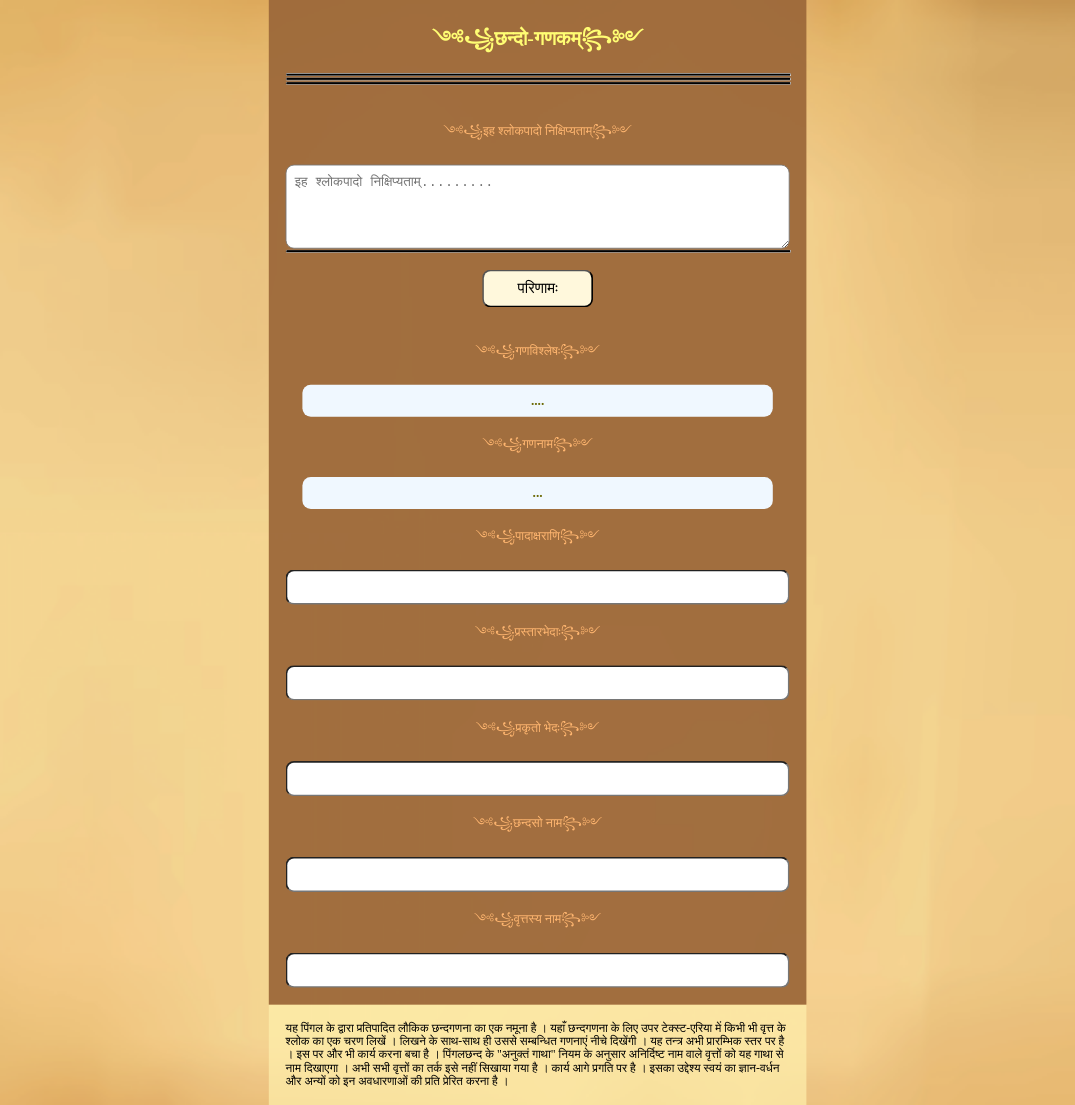
Repository: arshavak/pingala_chhand_shastram
Page: index.html
An editor plug-in stored every save of this project. The page is shown before and after the next save, followed by the edit.
The browser window is 1280 px wide. The pictures show the whole page, at 84% of full size.

Above is the page before, as saved 2024-10-20 16:51:17.

### index.html

<head>
<title>छन्दो-गणकम्</title>
<meta name="viewport" content="width=device-width, initial-scale=1.0">

<link rel="stylesheet"  href="style.css">

</head>
<body>
<div class="contaner" id="contaner">

<h3>༺꧁छन्दो-गणकम्꧂༻
</h3>
<hr><hr><hr><br>
<label for="h3">༺꧁इह श्लोकपादो निक्षिप्यताम्꧂༻</label>
<textarea placeholder="इह श्लोकपादो निक्षिप्यताम्.........
" id="inp" onkeyup="lagabodhakam();"></textarea>
<hr>
<button id="btn" onclick="lagabodhakam()">परिणामः</button>
<label>༺꧁गणविश्लेषः꧂༻</label>
<h4 id="SI_vichched">....</h4>
<h4 id="falani"></h4>
<label>༺꧁गणनाम꧂༻</label>
<h4 id="fl">...</h4>
<label>༺꧁पादाक्षराणि꧂༻</label>
<input id="padaksharani" type="number"  readonly="" title="number"/>
<label>༺꧁प्रस्तारभेदाः꧂༻</label>
<input id="prastarabhedah" type="number" readonly="" title="number"/>
<label>༺꧁प्रकृतो भेदः꧂༻</label>
<input id="prakritobhedah" type="number" readonly="" title="number"/>
<label>༺꧁छन्दसो नाम꧂༻</label>
<input id="chhandasonama" type="text" readonly="" title="number"/>

<label>༺꧁वृत्तस्य नाम꧂༻</label>
<input id="vname" type="text" readonly="" title="number"/>
<span id="ktmtest"></span>

</div>

<div class="vivaran">

 <p>
     यह पिंगल के द्वारा प्रतिपादित लौकिक छन्दगणना का एक नमूना है ।
     यहाँ छन्दगणना के लिए उपर टेक्स्ट-एरिया में किभी भी वृत्त के  श्लोक का एक चरण लिखें । लिखने के साथ-साथ ही उससे सम्बन्धित गणनाएं नीचे  दिखेंगी । यह तन्त्र अभी प्रारम्भिक स्तर पर है । इस पर और भी कार्य करना बचा है । पिंगलछन्द के "अनुक्तं गाथा" नियम के अनुसार अनिर्दिष्ट नाम वाले वृत्तों  को यह गाथा से नाम दिखाएगा । अभी सभी वृत्तों का तर्क इसे नहीं सिखाया गया है । कार्य आगे प्रगति पर है । इसका उद्देश्य स्वयं का ज्ञान-वर्धन और अन्यों को इन अवधारणाओं की प्रति प्रेरित करना है ।
 </p>

</div>
<script src="Javascript files/main-script.js"></script>
<script src="Javascript files/vritt-script.js"></script>
<script src="Javascript files/gan-script.js"></script>
</body>

### style.css


*{
  padding: 0;
  margin: 0;

}

body {
  background-image: url("fotos/bgchh.png");
  background-position: center;
  background-repeat: no-repeat;

  background-size: cover;
  font-size: 20px;
}
label {
  margin-top: 15px;
  margin-bottom: 15px;
  display: block;
  font-size: 15px;
  color:#ffb670;
}

textarea {
  min-width: 100%;
  resize: vertical;
  min-height: 100px;
  padding: 10px;
  border-radius: 10px;
  font-size: 16px;
}

input{
  outline: none;
  width: 100%;
  padding: 10px;
  border-radius: 10px;
  font-size: 16px;
}

#btn{
  margin: 20px;
  background-color: cornsilk;
  display: inline-block;
  padding: 10px 40px;
  border-radius: 10px;
  font-weight: 400px;
  font-size: 18px;
  cursor: pointer;
  transition: background-color 0.3s ease;
}

#btn :hover{
  background-color: #f9b93f;
}
#btn :active{
   transform: calc(.2);
}
.contaner{
  padding: 20px;
  position: relative;
  text-align: center;
  background-color: #9d693af0;
  max-width: 600px;
  margin: auto;

}
.vivaran{
  background-color: rgba(255, 241, 174, 0.686);
/* color: rgb(2, 98, 98); */
padding: 20px;
font-size: 14px;
max-width: 600px;
  margin: auto;
}

#falani{
  display:none
}
#ktmtest{
  font-size:0px;
}

h3{
  color:#fffd73;
}

h4 {
  color:#696700;
  margin: auto;
  word-wrap:break-word;
  font-weight:900;
  overflow-x:hidden;
  background-color: aliceblue;
  outline: none;
  width: 90%;
  padding: 10px;
  border-radius: 10px;
  font-size: 16px;
}

hr{
  background-color: #000000;
  height: 2px;
  width: 100%;
  border-radius: 20px;
  margin-top: 1px;
}

### Javascript files/gan-script.js
function gan(){
document.getElementById("fl").innerHTML="";
var x = document.getElementById("falani").innerText;
x=x.match(/.{1,3}/g);
var falam = document.getElementById("fl");
document.getElementById("SI_vichched").innerText=x;
for(var i = 0; i<x.length; i++){
if(x[i]=="ISI"){
falam.innerHTML+=`<b class="alrt" onclick="alert('कदा स ज्')">जगण</b>`;
}else
if(x[i]=="SSS"){
falam.innerHTML+= `<b class="alrt" onclick="alert('धीश्रीस्त्री म्')">मगण</b>`;
}else
if(x[i]=="ISS"){
falam.innerHTML+=`<b class="alrt" onclick="alert('वरा सा य्')">यगण</b>`;
}else

if(x[i]=="SIS"){
falam.innerHTML+=`<b class="alrt" onclick="alert('का गुहा र्')">रगण</b>`;
}else

if(x[i]=="IIS"){
falam.innerHTML+=`<b class="alrt" onclick="alert('वसुधा स्')">सगण</b>`;
}else

if(x[i]=="SSI"){
falam.innerHTML+=`<b class="alrt" onclick="alert('सा ते क्व त्')">तगण</b>`;
}else

if(x[i]=="SII"){
falam.innerHTML+=`<b class="alrt" onclick="alert('किं वद भ्')">भगण</b>`;
}else

if(x[i]=="III"){
falam.innerHTML+=`<b class="alrt" onclick="alert('न हसन्')">नगण</b>`;
}else

if(x[i]=="S"){
falam.innerHTML+=`<b class="alrt" onclick="alert('गन्ते , ध्रादिपरः , हे ')">गुरु</b>`;
}else

if(x[i]=="SS"){
falam.innerHTML+=`<b class="alrt" onclick="alert('गन्ते , ध्रादिपरः , हे ')">गुरुगुरु</b>`;
}else

if(x[i]=="SI"){
falam.innerHTML+=`<b class="alrt" onclick="alert('लघुगुरु')"> गुरुलघु</b>`;
}else

if(x[i]=="IS"){
falam.innerHTML+=`<b class="alrt" onclick="alert('लघुगुरु ')">लघुगुरु </b>`;
}else

if(x[i]=="II"){
falam.innerHTML+=`<b class="alrt" onclick="alert('लघु लघु')">लघु लघु</b>`;
}else

if(x[i]=="I"){
falam.innerHTML+=`<b class="alrt" onclick="alert('लघु')">लघु</b>`;
}else{
falam.innerHTML="......";
}}}

Loaded but not shown: Javascript files/main-script.js (no copy from this time; the picture is the same without it); Javascript files/vritt-script.js (no copy from this time; the picture is the same without it)

After the next save:
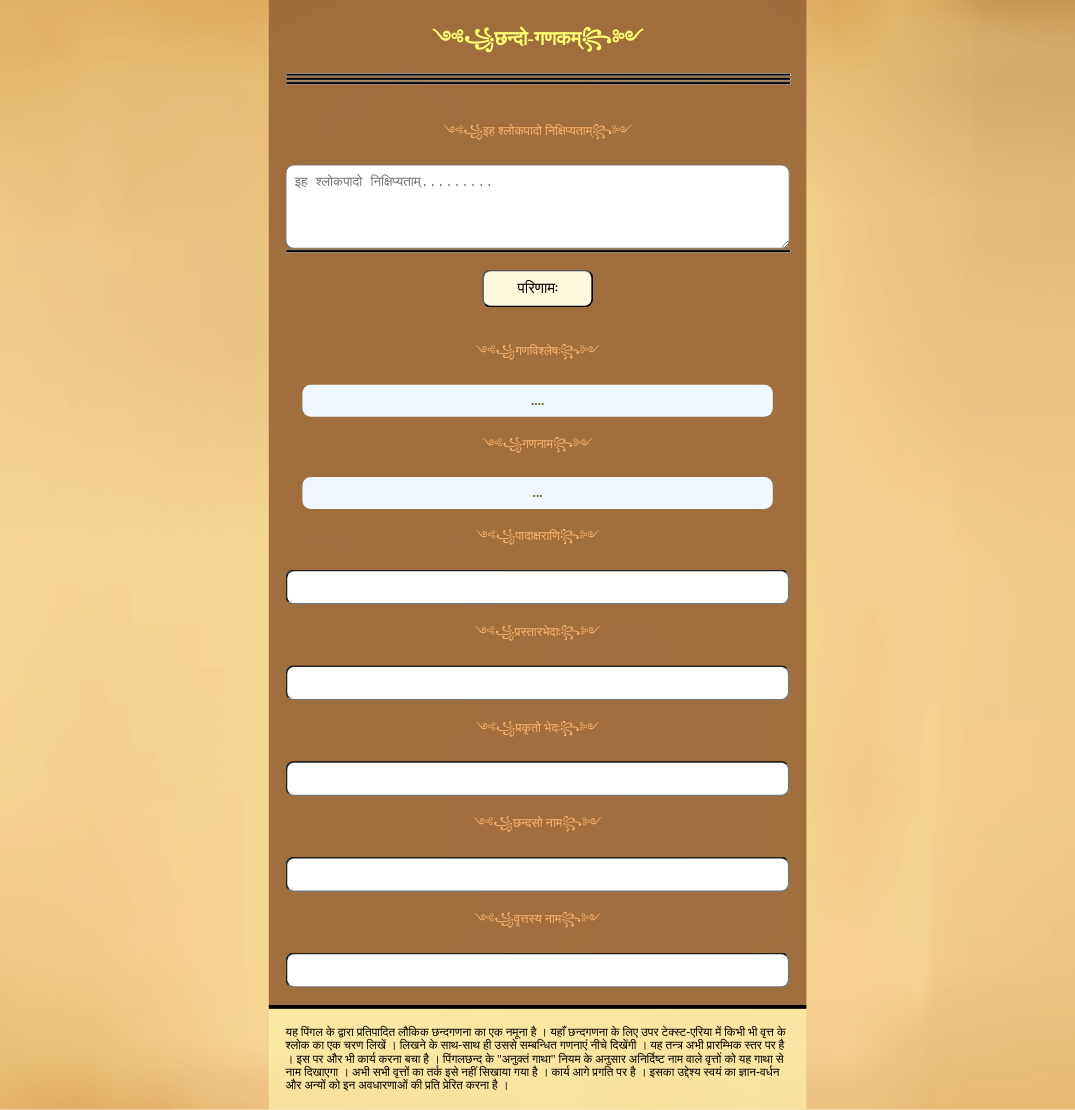
Saved 32 s later.
--- a/style.css
+++ b/style.css
@@ -73,6 +73,7 @@ padding: 20px;
 font-size: 14px;
 max-width: 600px;
   margin: auto;
+  border-top:5px solid #000000;
 }
 
 #falani{
